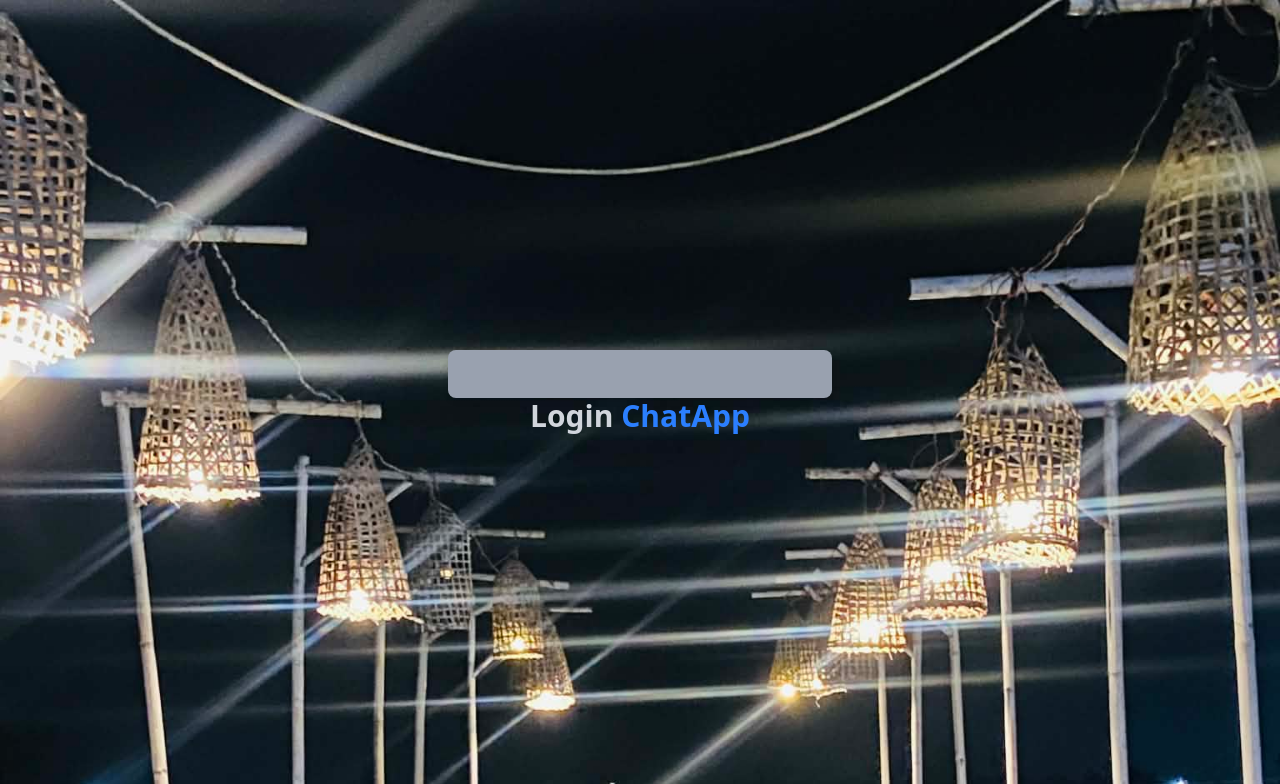
Repository: ridhukhan/chatapp
Page: / (app in frontend/)
These files come from the project's save history. The page is drawn as it stood at one moment and after the next save; the edit follows.
The browser window is 1280 px wide. The pictures show the whole page.
Backgrounds fixed to the window are drawn as part of the page. The project was rebuilt for these pictures with package versions that can differ from the ones it lists, and the page was loaded fresh each time. Also part of the build but not shown: frontend/vite.config.js.

Above is the page before, as saved 2025-12-25 12:05:50.

### frontend/src/index.css
@import "tailwindcss";


body{

background-image: url("/bg1.jpeg");
background-repeat: no-repeat;
background-size: cover;
background-position: center;
background-attachment: fixed;
}

### frontend/src/App.jsx

import './App.css'
import Login from './Pages/login/Login'

function App() {

  return (
    <div className='p-4 h-screen flex items-center justify-center'>
     <Login/>
    </div>
  )
}

export default App

### frontend/src/Pages/login/Login.jsx
import React from 'react'

const Login = () => {
  return (
    <div className='flex flex-col items-center justify-center min-w-96 mx-auto'>

<div className='w-full p-6 rounded-lg shadow-md bg-gray-400 bg-clip-padding backdrop-filter backdrop-blur-lg bg-opacity-0'></div>
<h1 className='text-3xl font-semibold text-center text-gray-300'>
					Login
					<span className='text-blue-500'> ChatApp</span>
				</h1>
    </div>
  )
}

export default Login

Loaded but not shown: frontend/index.html (common file); frontend/src/main.jsx (common file); frontend/src/App.css (common file)

After the next save:
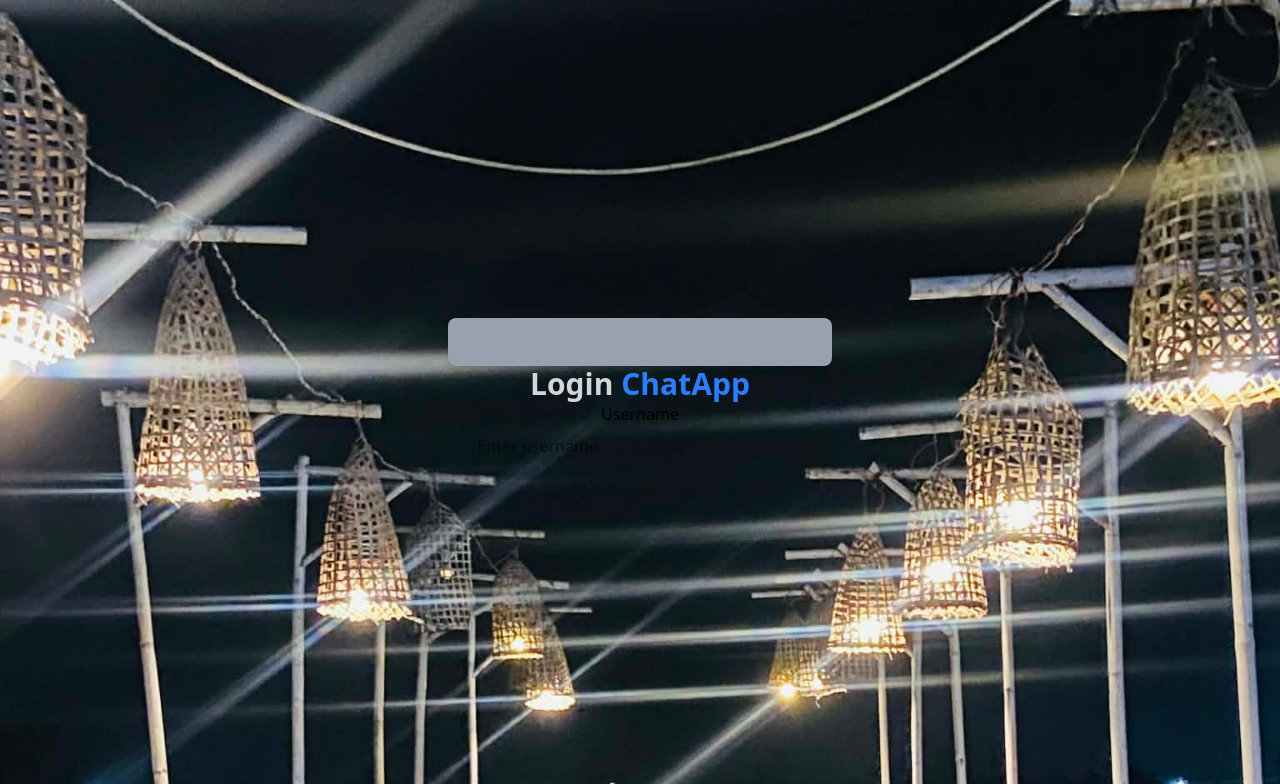
Saved 5 min 20 s later.
--- a/frontend/src/Pages/login/Login.jsx
+++ b/frontend/src/Pages/login/Login.jsx
@@ -9,6 +9,20 @@
 					Login
 					<span className='text-blue-500'> ChatApp</span>
 				</h1>
+
+<form>
+
+<div>
+    <label className='label p-2'>
+        <span className='text-base label-text'>Username</span>
+    </label>
+    <input type="text" placeholder='Enter username'  className='w-full input input-borderd h-10' />
+</div>
+
+
+
+</form>
+
     </div>
   )
 }
